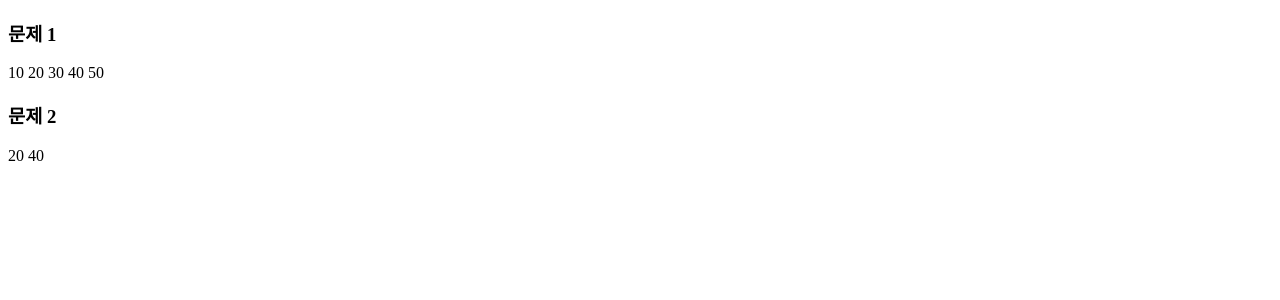
Repository: dadomin/2020JAVA
Page: http://localhost/20201damin/01_BasicJSP/ex06_문제.jsp
These files come from the project's save history. The page is drawn as it stood at one moment and after the next save; the edit follows.
The browser window is 1280 px wide. The pictures show the whole page.
The page is served by Tomcat 9.

Above is the page before, as saved 2020-06-03 12:40:10.

After the next save:
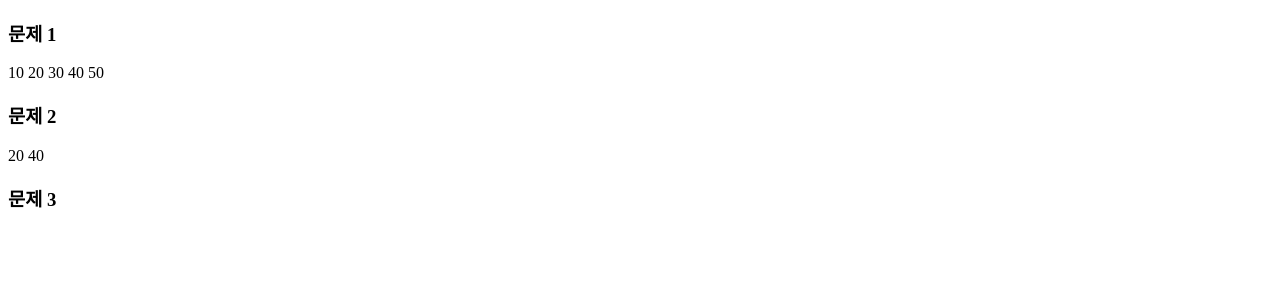
Saved 34 s later.
--- a/first semester/20201damin/WebContent/01_BasicJSP/ex06_문제.jsp
+++ b/first semester/20201damin/WebContent/01_BasicJSP/ex06_문제.jsp
@@ -37,6 +37,10 @@
 				}
 			}
 		 %>
+
+		 <br>
+
+		 <h3>문제 3</h3>
 		<%--
 			문제 3) 4의 배수의 합 출력
 			정답 3) 60
